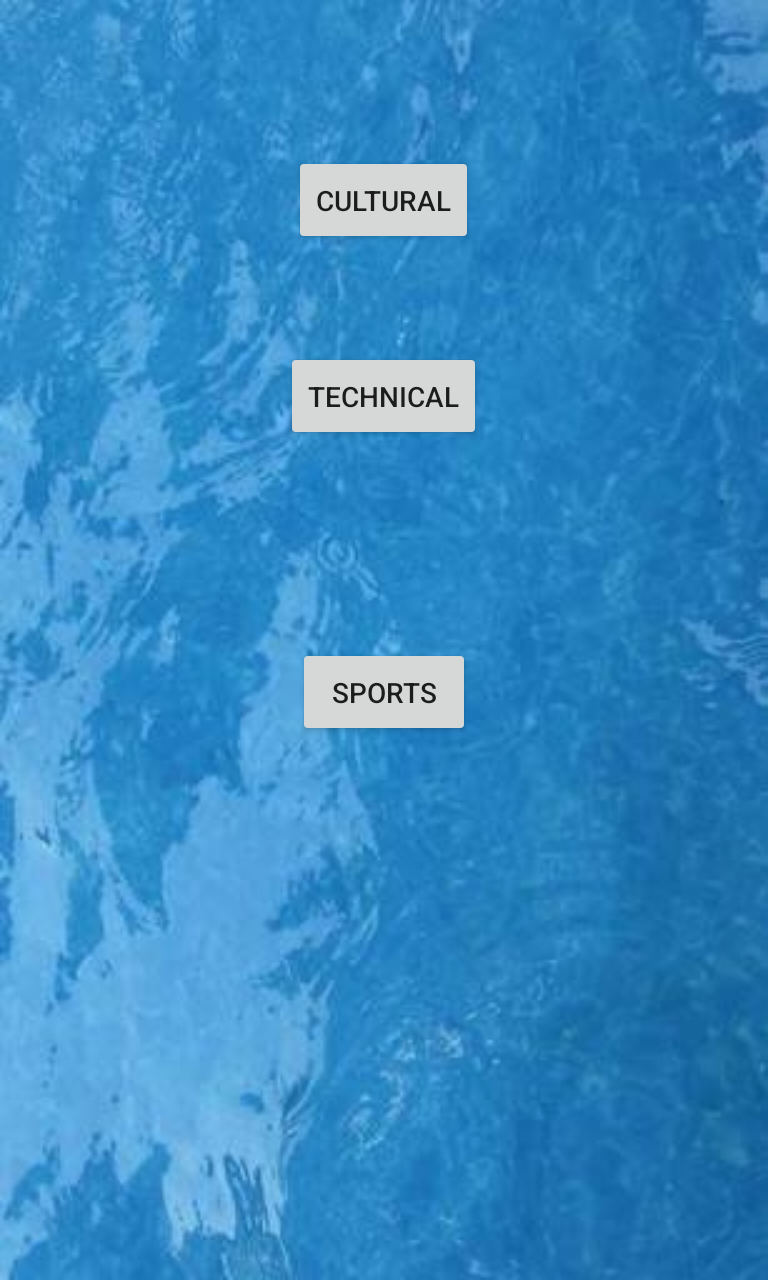
Repository: Attaphon1996/Engineering-Stuff
Layout: OSource/Android Play/Android_Projects/YASH15.0/res/layout/day2.xml
An editor plug-in stored every save of this project. The layout is shown before and after the next save, followed by the edit.
It is drawn on a 768 x 1280 px phone screen (xhdpi) without system bars, with theme AppTheme; the app's code is not run.

Above is the layout before, as saved 2015-02-09 01:14:22.

After the next save:
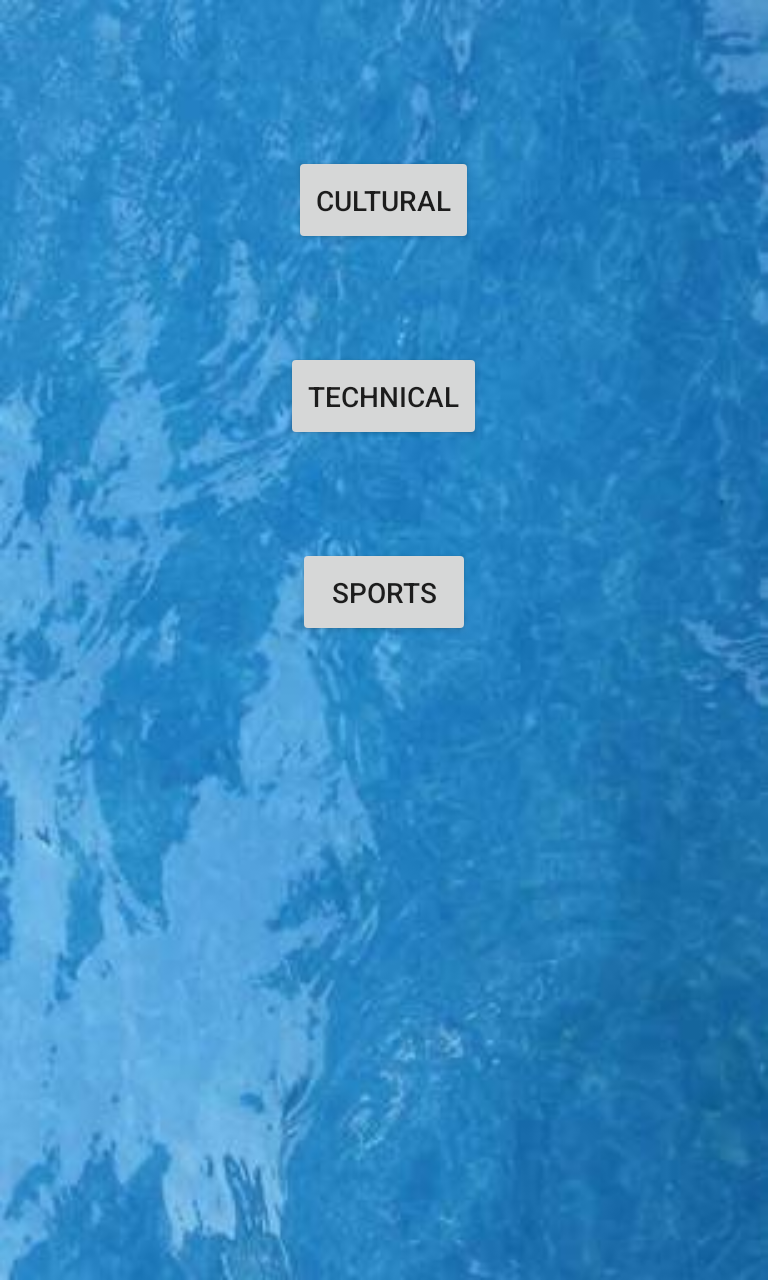
Saved 55 s later.
--- a/OSource/Android Play/Android_Projects/YASH15.0/res/layout/day2.xml
+++ b/OSource/Android Play/Android_Projects/YASH15.0/res/layout/day2.xml
@@ -23,7 +23,7 @@
         android:layout_height="wrap_content"
         android:text="@string/technical"
         android:layout_gravity="center"
-        android:layout_margin="50dp" />
+        android:layout_marginTop="50dp" />
 
     <Button
         android:id="@+id/day2_sports"
